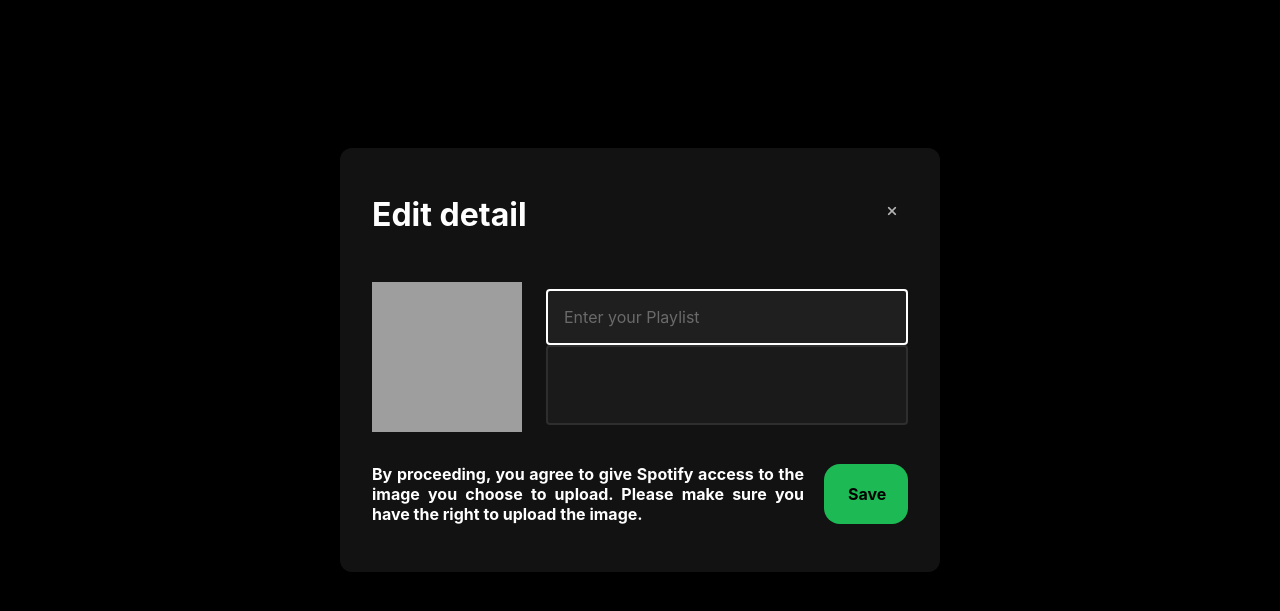
Repository: lannguyen1301/f8-zoom-module2
Page: nhap.html
An editor plug-in stored every save of this project. The page is shown before and after the next save, followed by the edit.
The browser window is 1280 px wide. The pictures show the whole page.
Pictures or frames that could not be fetched are drawn as grey boxes.

Above is the page before, as saved 2025-08-15 23:40:34.

After the next save:
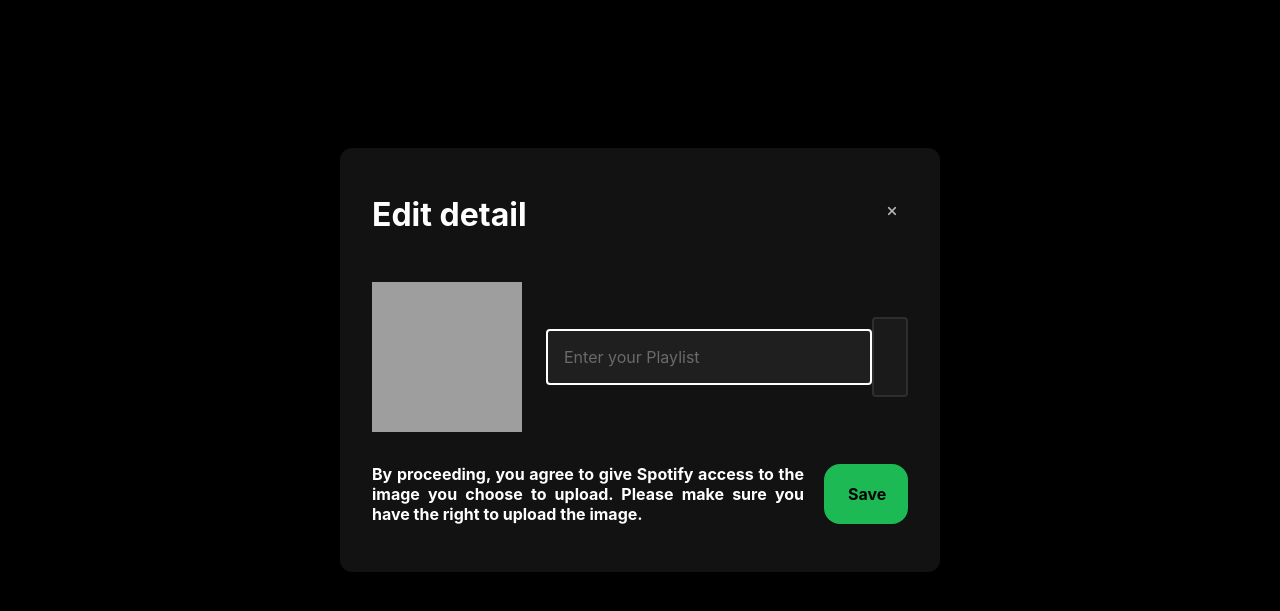
Saved 54 s later.
--- a/nhap.html
+++ b/nhap.html
@@ -43,6 +43,12 @@
             align-items: center;
             justify-content: center;
             flex-direction: row;
+        }
+
+        .edit-form-group {
+            display: flex;
+            align-items: center;
+            justify-content: center;
         }
 
         .profile-group {
